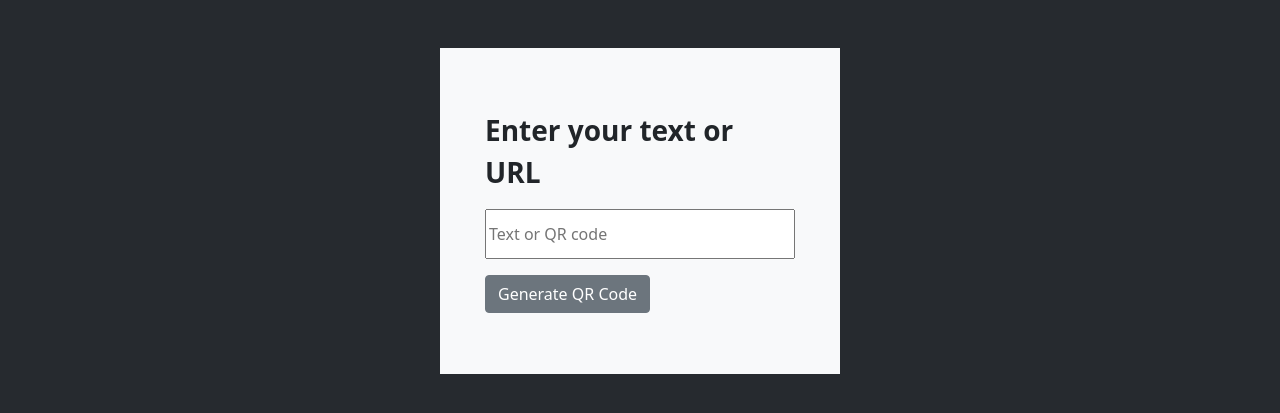
Repository: zeinawady/Qr-Code-Generator-App
Page: index.html
These files come from the project's save history. The page is drawn as it stood at one moment and after the next save; the edit follows.
The browser window is 1280 px wide. The pictures show the whole page.

Above is the page before, as saved 2024-10-30 00:30:22.

After the next save:
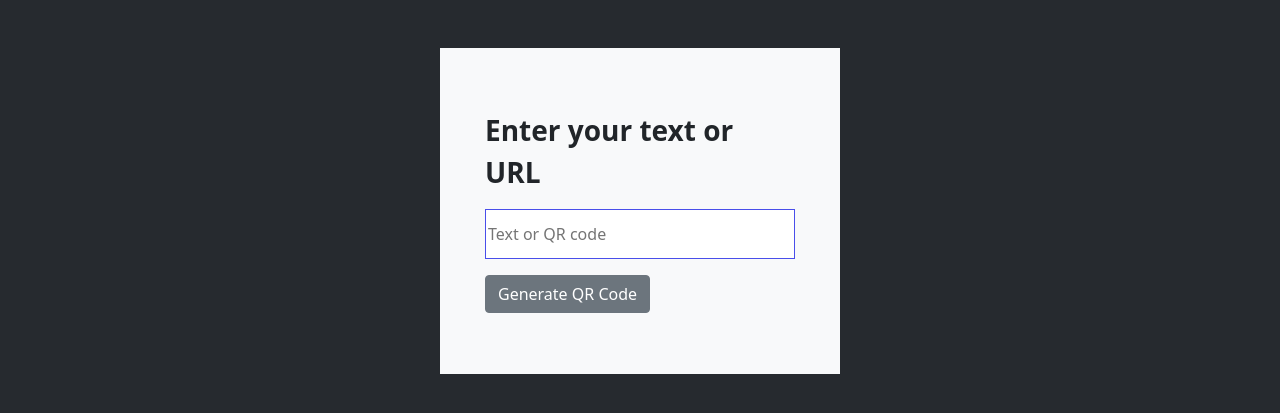
Saved 4 s later.
--- a/css/style.css
+++ b/css/style.css
@@ -8,6 +8,7 @@ body{
 input{
     width: 100%;
     height: 50px;
-    border: 1px solid #49;
+    border: 1px solid #494eea;
+
 
 }
